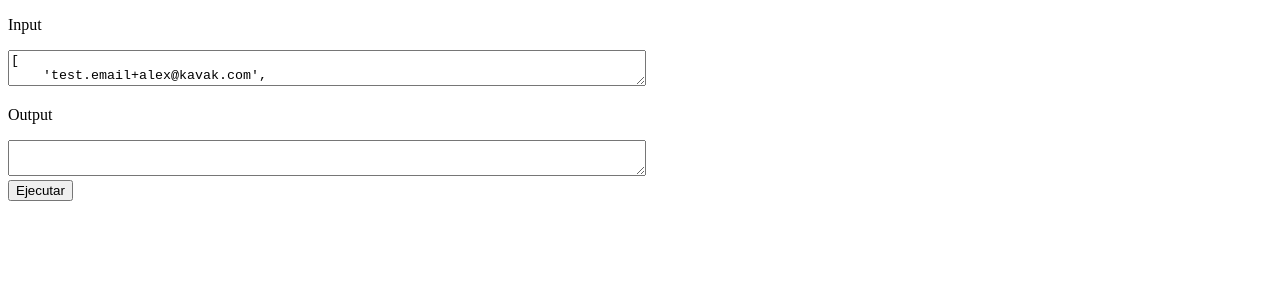
Repository: davobarrera/pruebaKVK
Page: index.html
The author's editor kept a copy of each file at every save. The page is drawn from the files as they stood at one save, then again after the next save.
The browser window is 1280 px wide. The pictures show the whole page.

Above is the page before, as saved 2020-07-04 11:33:05.

After the next save:
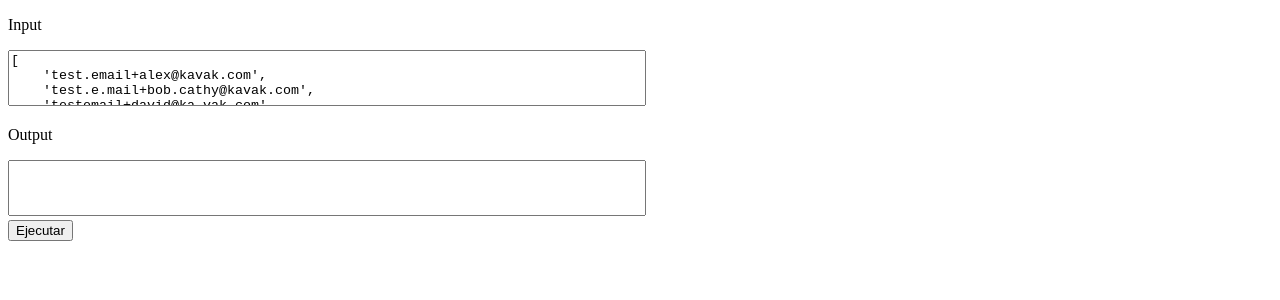
Saved 74 s later.
--- a/index.html
+++ b/index.html
@@ -21,6 +21,14 @@
     <br>
     <button onclick=ejecutar()>Ejecutar</button>
   <script src="filtrarEmail.js"></script>
+  <style>
+      textarea {
+            resize: none;
+            overflow: hidden;
+            min-height: 50px;
+            max-height: 100px;
+        }
+  </style>
 </body>
 
 </html>
